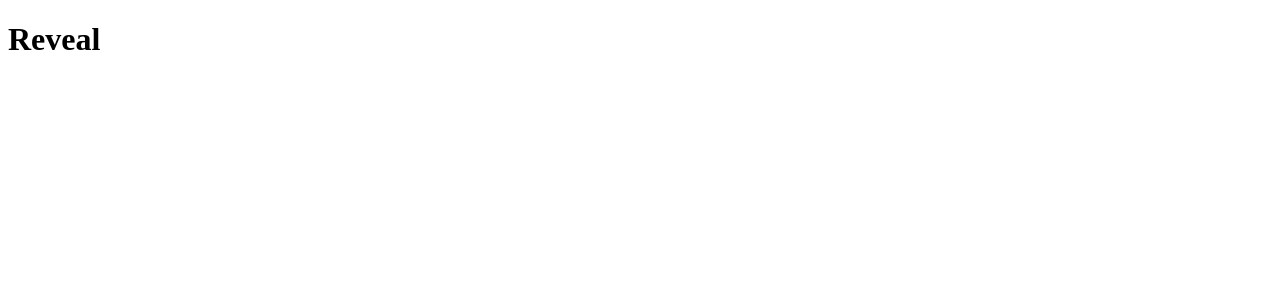
Repository: nema38/30DaysTrainning
Page: 30Days11/index.html
These files come from the project's save history. The page is drawn as it stood at one moment and after the next save; the edit follows.
The browser window is 1280 px wide. The pictures show the whole page.
After loading, the first visible `h1` was clicked once.
Some web libraries are served in a nearby version.

Above is the page before, as saved 2014-04-17 19:04:09.
Console error: TypeError: $this.SildeDown is not a function

### 30Days11/index.html
<!DOCTYPE HTML>
<html>
	<head>
		<meta charset=utf-8>
		<title>Hide content</title>
	</head>
	<body>

		<h1>Reveal</h1>
		<div class=content>
			<p>
				Contrary to popular belief, Lorem Ipsum is not simply random text. It has roots in a piece of classical Latin literature from 45 BC, making it over 2000 years old. Richard McClintock, a Latin professor at Hampden-Sydney College in Virginia, looked up one of the more obscure Latin words, consectetur, from a Lorem Ipsum passage, and going through the cites of the word in classical literature, discovered th
			</p>

			<p>
				Contrary to popular belief, Lorem Ipsum is not simply random text. It has roots in a piece of classical Latin literature from 45 BC, making it over 2000 years old. Richard McClintock, a Latin professor at Hampden-Sydney College in Virginia, looked up one of the more obscure Latin words, consectetur, from a Lorem Ipsum passage, and going through the cites of the word in classical literature, discovered th
			</p>
		</div>



		<script src="http://ajax.googleapis.com/ajax/libs/jquery/1.11.0/jquery.min.js"></script>

		<script>
			(function(){
				var content = $('div.content').hide();
				jQuery.fn.flash = function( speed, easing, callback ) {
					var $this = $(this);

					return $this.SildeDown(500, function() {
						$this.delay(2000).slideUp(500);
				});
			};

			$('h1').on('click', function() {
				content.flash();
			});

		})();
		</script>

	</body>
</html>

After the next save:
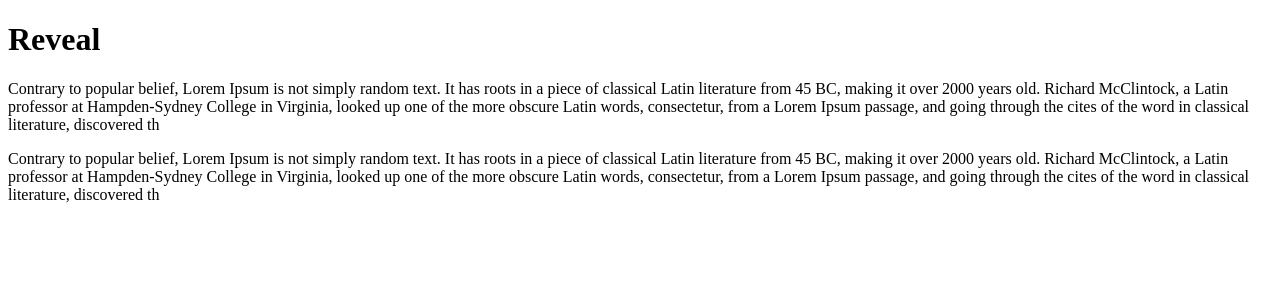
The error is gone.
Saved 38 s later.
--- a/30Days11/index.html
+++ b/30Days11/index.html
@@ -27,7 +27,7 @@
 				jQuery.fn.flash = function( speed, easing, callback ) {
 					var $this = $(this);
 
-					return $this.SildeDown(500, function() {
+					return $this.slideDown(500, function() {
 						$this.delay(2000).slideUp(500);
 				});
 			};
